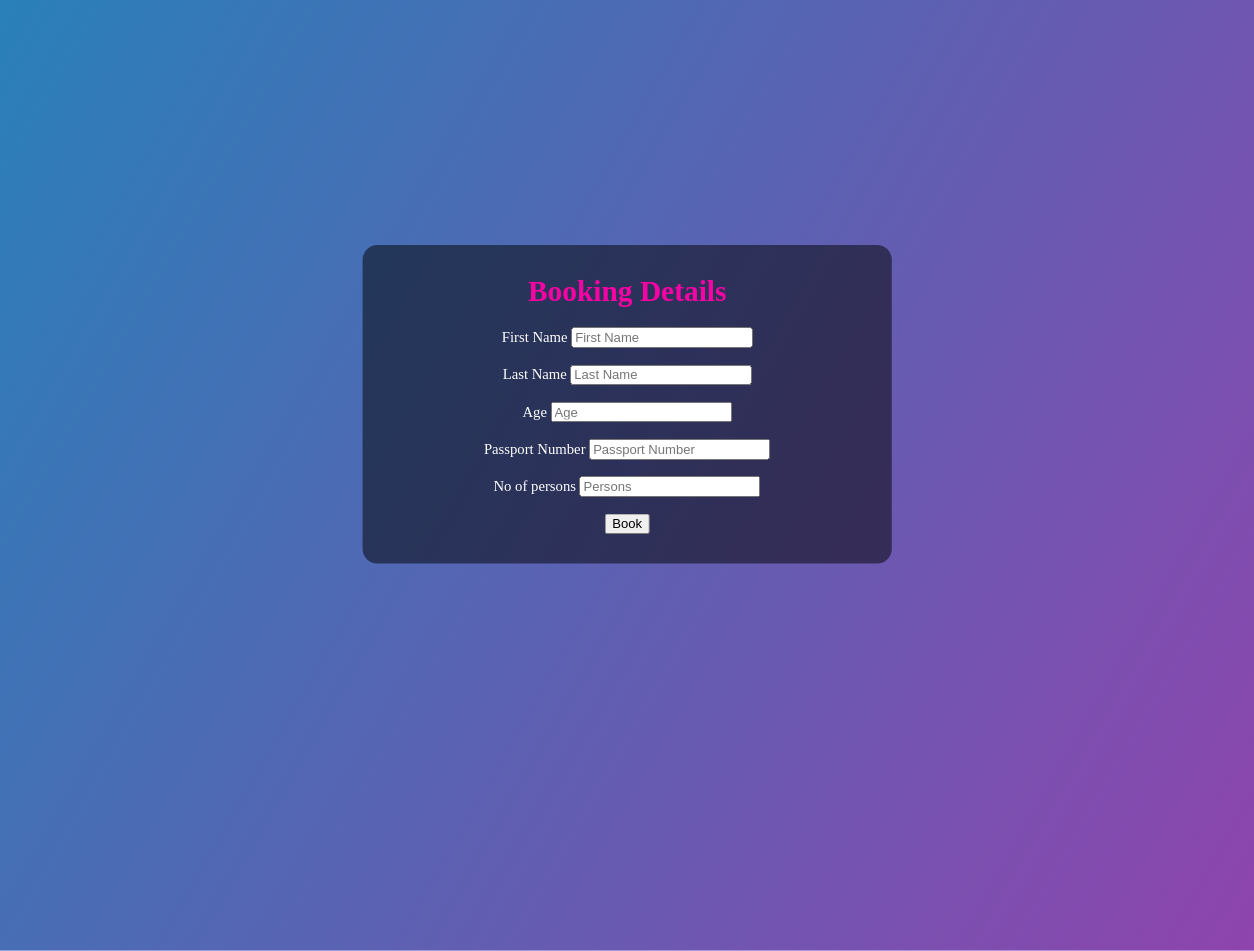
Repository: kalpesh3070/backend2
Page: flyaway/src/main/webapp/Ticket_booking.html
The author's editor kept a copy of each file at every save. The page is drawn from the files as they stood at one save, then again after the next save.
The browser window is 1280 px wide. The pictures show the whole page, at 98% of full size.

Above is the page before, as saved 2022-11-13 19:38:15.

After the next save:
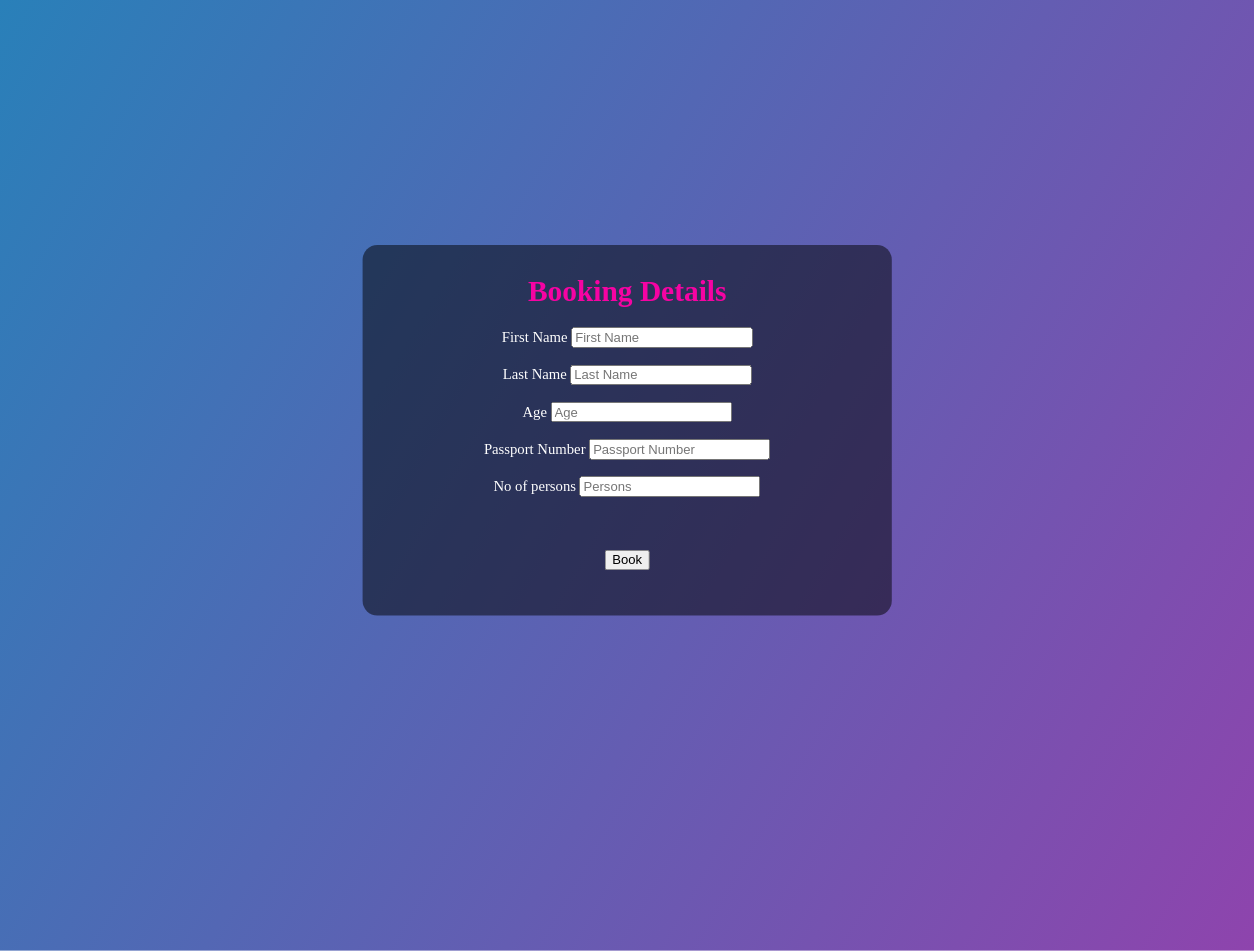
Saved 13 s later.
--- a/flyaway/src/main/webapp/booking.css
+++ b/flyaway/src/main/webapp/booking.css
@@ -32,3 +32,9 @@ border-radius: 15px;
 	box-sizing: border-box;
 	margin:5px 0px 10px;
 }
+.submit{
+	text-align: center;
+	margin-top:10px;
+
+	font-size:30px;
+	padding: 15px 25px;
